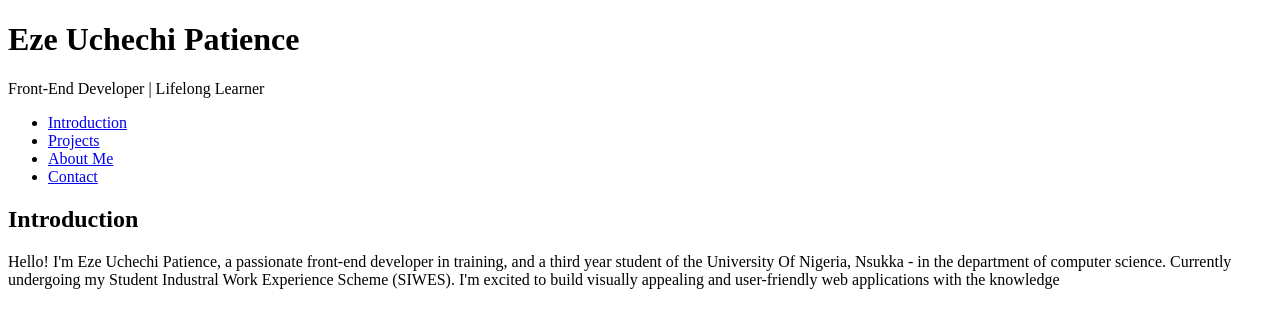
Repository: Patience225/My_First_Portfolio
Page: Portfolio/index.html
The author's editor kept a copy of each file at every save. The page is drawn from the files as they stood at one save, then again after the next save.
The browser window is 1280 px wide. The pictures show the whole page.

Above is the page before, as saved 2024-12-16 13:11:52.

After the next save:
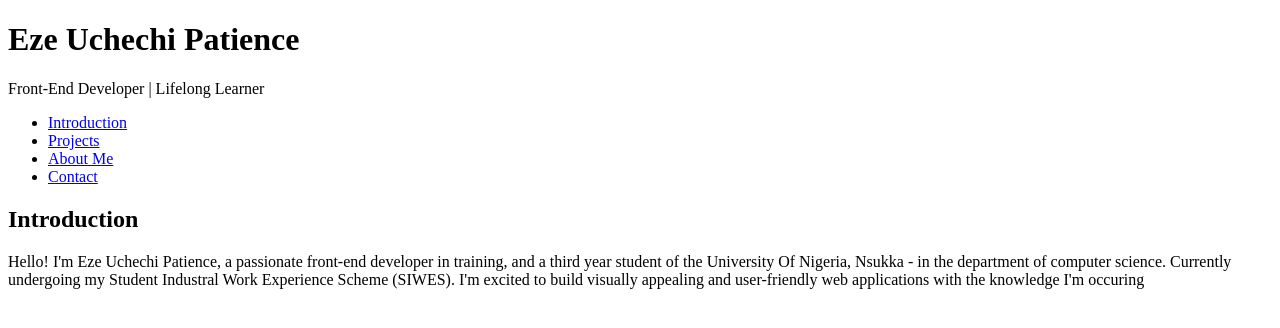
Saved 6 s later.
--- a/Portfolio/index.html
+++ b/Portfolio/index.html
@@ -19,7 +19,7 @@
     </nav>
     <section id="introduction">
       <h2>Introduction</h2>
-    <p>Hello! I'm Eze Uchechi Patience, a passionate front-end developer in training, and a third year student of the University Of Nigeria, Nsukka - in the department of computer science. Currently undergoing my Student Industral Work Experience Scheme (SIWES). I'm excited to build visually appealing and user-friendly web applications with the knowledge </p>
+    <p>Hello! I'm Eze Uchechi Patience, a passionate front-end developer in training, and a third year student of the University Of Nigeria, Nsukka - in the department of computer science. Currently undergoing my Student Industral Work Experience Scheme (SIWES). I'm excited to build visually appealing and user-friendly web applications with the knowledge I'm occuring </p>
     </section>
     <section id="projects"></section>
     <section id="about"></section>
